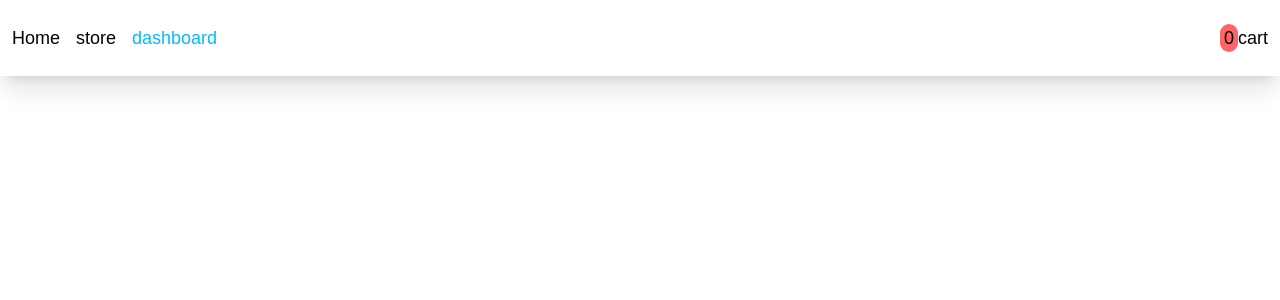
Repository: Rohullah-Noori/Nextjs-online-shop
Page: /dashboard
An editor plug-in stored every save of this project. The page is shown before and after the next save, followed by the edit.
The browser window is 1280 px wide. The pictures show the whole page.
The project was rebuilt for these pictures with package versions that can differ from the ones it lists, and the page was loaded fresh each time. The framework's server and built-in components were replaced by stand-ins that run in the browser. Also part of the build but not shown: next.config.ts.

Above is the page before, as saved 2025-05-28 10:34:17.

After the next save:
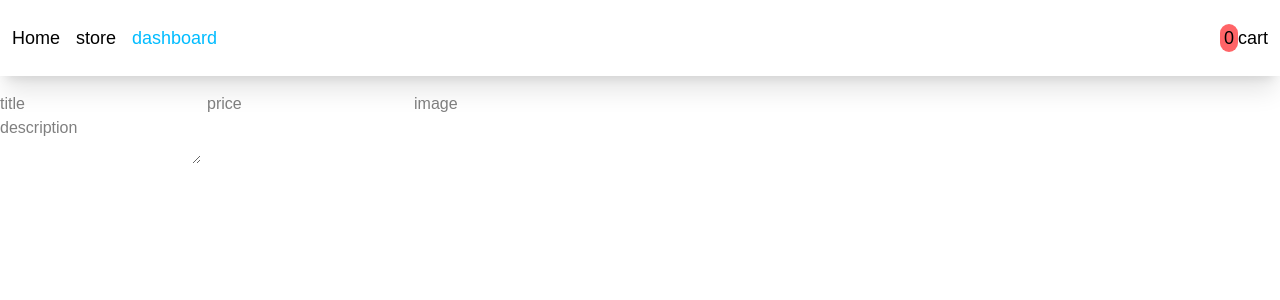
Saved 92 s later.
--- a/src/app/dashboard/page.tsx
+++ b/src/app/dashboard/page.tsx
@@ -4,7 +4,14 @@ import Container from "../components/Container";
 export default function Dashboard() {
   return (
     <div>
-      <Container></Container>
+      <Container>
+        <div>
+          <input type="text" placeholder="title" />
+          <input type="text" placeholder="price" />
+          <input type="text" placeholder="image" />
+        </div>
+        <textarea placeholder="description"></textarea>
+      </Container>
     </div>
   );
 }
